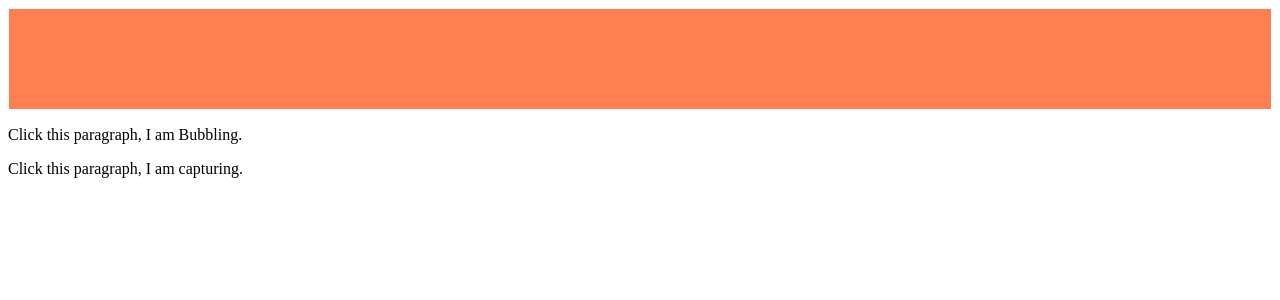
Repository: neem693/workspace
Page: studyhtml5/WebContent/ch05/practice_dom/practice_49.html
These files come from the project's save history. The page is drawn as it stood at one moment and after the next save; the edit follows.
The browser window is 1280 px wide. The pictures show the whole page.

Above is the page before, as saved 2018-03-19 08:50:52.

### studyhtml5/WebContent/ch05/practice_dom/practice_49.html
<!DOCTYPE html>
<html>
<head>
<meta charset="UTF-8">
<meta name="viewport"
	content="width=device-width,initial-scale = 1.0" />
<title>Insert title here</title>

<style>
#myDIV {
	background-color: coral;
	border: 1px solid;
	padding: 50px;
	color: white;
}
</style>

</head>
<body>

	<div id = "myDIV"></div>

	<div id="myDiv">
		<p id="myP">Click this paragraph, I am Bubbling.</p>
	</div>

	<div id="myDiv2">
		<p id="myP2">Click this paragraph, I am capturing.</p>
	</div>

	<script>
        document.getElementById("myP").addEventListener("click", function () {
            alert("You clicked the P element!");
        }, false);
        document.getElementById("myDiv").addEventListener("click", function () {
            alert("You clicked the DIV element");
        }, false);
        document.getElementById("myP2").addEventListener("click", function () {
            alert("You clicked the P element");
        }, true);
        document.getElementById("myDiv2").addEventListener("click",
                function () {
                    alert("You clicked the DIV element");
                }, true);
    </script>







</body>
</html>

After the next save:
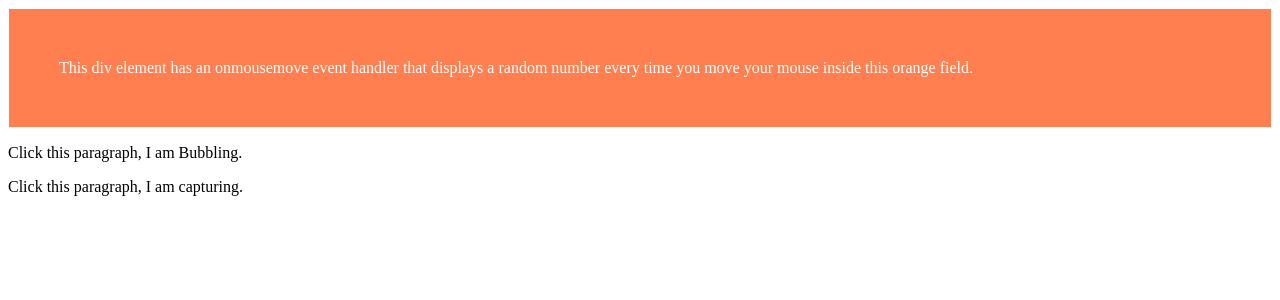
Saved 48 s later.
--- a/studyhtml5/WebContent/ch05/practice_dom/practice_49.html
+++ b/studyhtml5/WebContent/ch05/practice_dom/practice_49.html
@@ -18,7 +18,7 @@
 </head>
 <body>
 
-	<div id = "myDIV"></div>
+	<div id = "myDIV">This div element has an onmousemove event handler that displays a random number every time you move your mouse inside this orange field.</div>
 
 	<div id="myDiv">
 		<p id="myP">Click this paragraph, I am Bubbling.</p>
